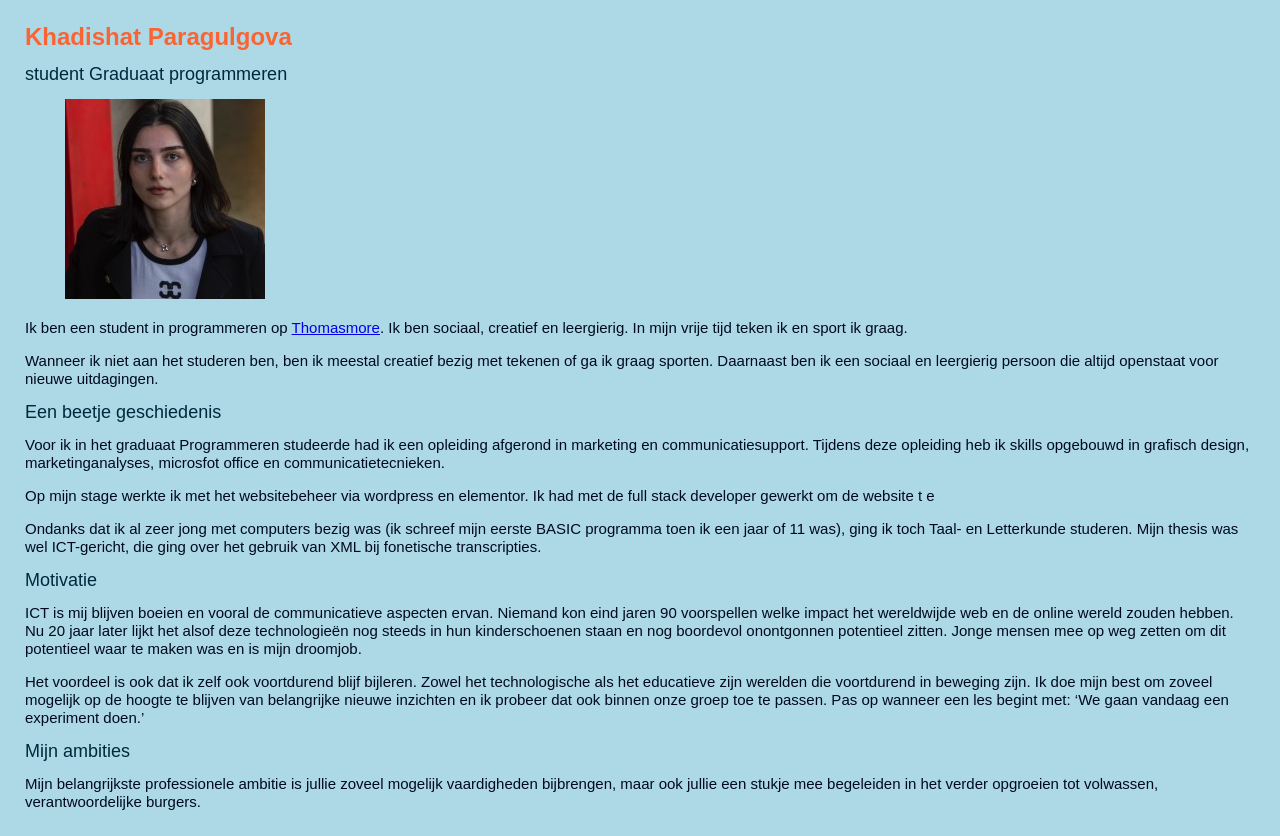
Repository: khadishat00/portfolio
Page: index.html
An editor plug-in stored every save of this project. The page is shown before and after a run of saves, followed by the edit.
The browser window is 1280 px wide. The pictures show the whole page.

Above is the page before, as saved 2026-09-24 14:58:04.

After the next 4 saves:
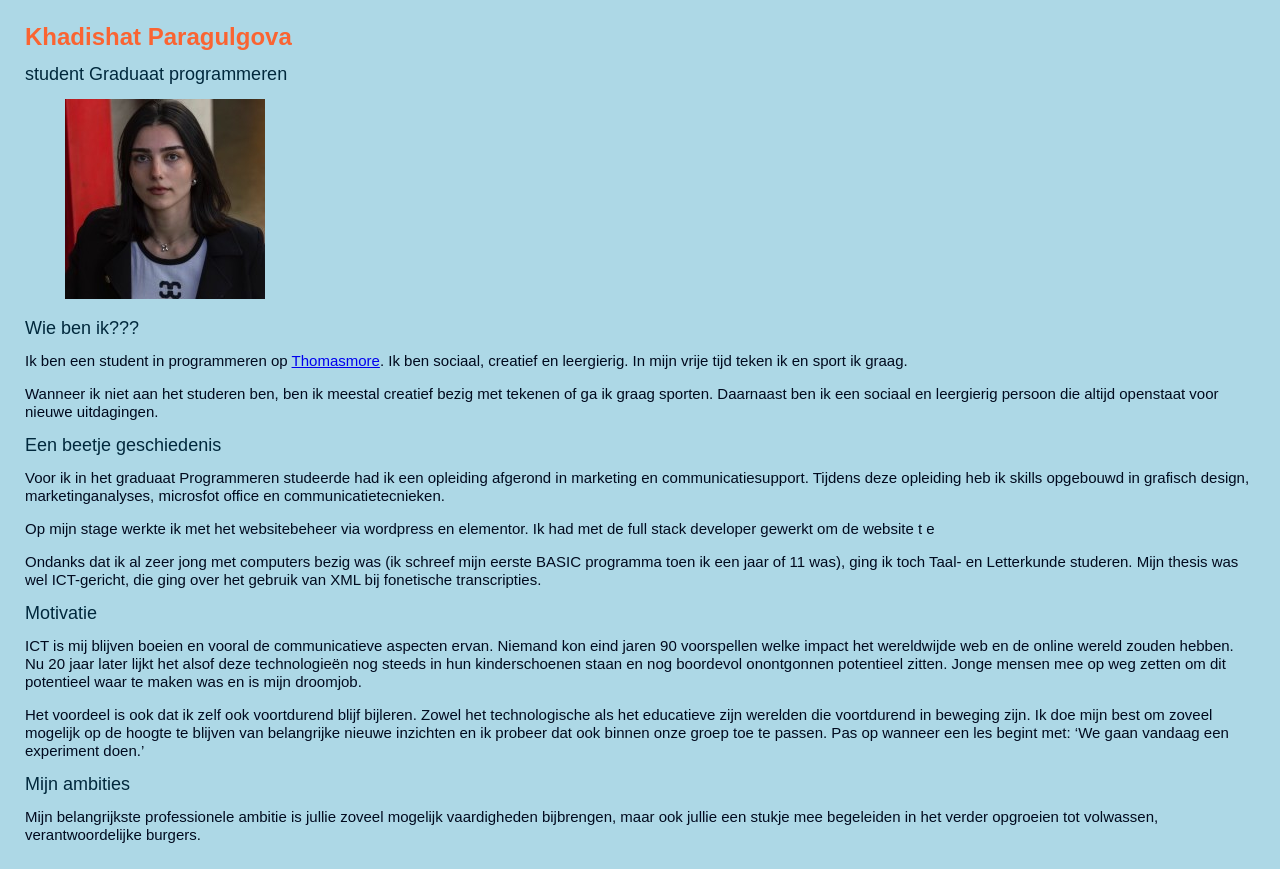
The 4 saves are shown as one change because they came seconds apart.
The last was saved 14 s later.
--- a/index.html
+++ b/index.html
@@ -52,14 +52,14 @@
 
   <body>
     <header>
-
-    </header>
-    <main>
-      <h1>Khadishat Paragulgova</h1>
+         <h1>Khadishat Paragulgova</h1>
       <h2>student Graduaat programmeren</h2>
       <figure>
         <img src="profielfoto.jpg" alt="Mijn profielfoto" />
       </figure>
+    </header>
+    <main>
+     <h2>Wie ben ik???</h2>
       <p>
         Ik ben een student in programmeren op
         <a href="https://thomasmore.be/nl">Thomasmore</a>. Ik ben sociaal,
